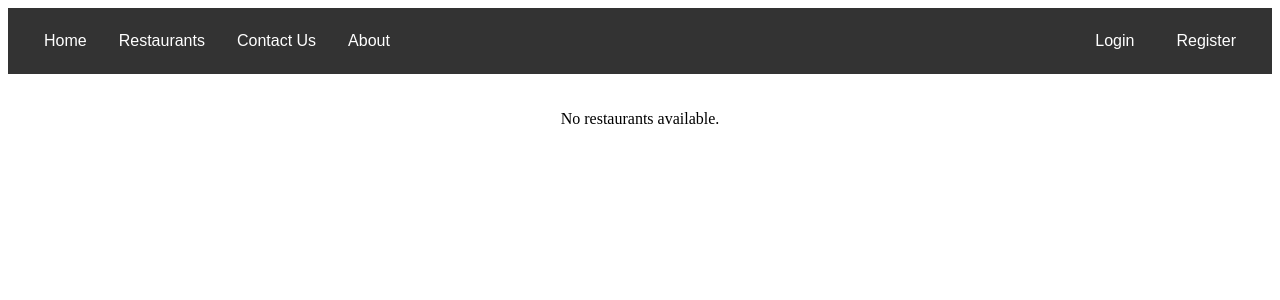
Repository: Sujith-B-S/Food-Application
Page: http://localhost/FoodApplication/home.jsp
These files come from the project's save history. The page is drawn as it stood at one moment and after the next save; the edit follows.
The browser window is 1280 px wide. The pictures show the whole page.
The page is served by Tomcat 9. Other server files are loaded and not shown.

Above is the page before, as saved 2024-11-14 17:18:23.

### FoodApplication/src/main/webapp/home.jsp
<%@ page language="java" contentType="text/html; charset=UTF-8" pageEncoding="UTF-8"%>
<%@ page import="com.sg.restaurantpojo.Restaurant" %>
<%@ page import="java.util.List" %>
<%@ page import = "com.sg.userpojo.User" %>
<!DOCTYPE html>
<html lang="en">
<head>
    <meta charset="UTF-8">
    <title>Home - Food Application</title>
    <style>
        /* Navigation Bar Styling */
        .navbar {
            background-color: #333;
            overflow: hidden;
            padding: 10px 20px;
            color: white;
            font-family: Arial, sans-serif;
        }
        .navbar a {
            float: left;
            display: block;
            color: white;
            text-align: center;
            padding: 14px 16px;
            text-decoration: none;
            font-size: 1em;
        }
        .navbar a:hover {
            background-color: #ddd;
            color: black;
        }
        .navbar .user-info {
            float: right;
            display: flex;
            align-items: center;
        }
        .navbar .user-info p {
            margin: 0 10px;
        }
        .navbar .user-info a {
            margin-left: 10px;
            color: white;
        }
        .navbar .user-info a:hover {
            color: #ddd;
        }

        /* Container for the restaurant cards */
        .container {
            display: flex;
            flex-wrap: wrap;
            gap: 20px;
            justify-content: center;
            margin-top: 20px;
        }
        .card {
            width: 23%;
            border: 1px solid #ccc;
            border-radius: 8px;
            overflow: hidden;
            background-color : #FFC2C2;
            box-shadow: 0 4px 8px rgba(0, 0, 0, 0.2);
            text-align: center;
            margin-bottom: 20px;
        }
        .card img {
            width: 100%;
            height: 150px;
            object-fit: cover;
        }
        .card-content {
            padding: 15px;
        }
        .card-content h3 {
            margin: 10px 0;
            font-size: 1.2em;
        }
        .card-content p {
            margin: 5px 0;
            font-size: 0.9em;
        }
    </style>
</head>
<body>

<div class="navbar">
    <a href="home.jsp">Home</a>
    <a href="restaurants.jsp">Restaurants</a>
    <a href="contact.jsp">Contact Us</a>
    <a href="about.jsp">About</a>
    <div class="user-info">
        <%
            User user = (User) session.getAttribute("loggedInUser");
            if (user != null) {
        %>
            <p>Welcome, <%= user.getUsername() %></p>
            <a href="logout.jsp">Logout</a>
        <%
            } else {
        %>
            <a href="login.jsp">Login</a>
            <a href="register.jsp">Register</a>
        <%
            }
        %>
    </div>
</div>

<div class="container">
    <%
        List<Restaurant> resList = (List<Restaurant>) session.getAttribute("resList");
        if (resList != null) {
            for (Restaurant res : resList) {
    %>
    <div class="card">
        <div class="card-content">
            <img alt="Restaurant" src="<%= res.getImage() %>">
            <h3><%= res.getName() %></h3>
            <p><strong>Cuisine:</strong> <%= res.getCuisineType() %></p>
            <p><strong>Address:</strong> <%= res.getAddress() %></p>
            <p><strong>Ratings:</strong> <%= res.getRatings() %></p>
            <p><strong>Delivery Time:</strong> <%= res.getDeliverTime() %> mins</p>
            <p><strong>Available:</strong> <%= res.getIsActive() ? "Yes" : "No" %></p>
        </div>
    </div>
    <%
            }
        } else {
    %>
    <p>No restaurants available.</p>
    <%
        }
    %>
</div>

</body>
</html>

After the next save:
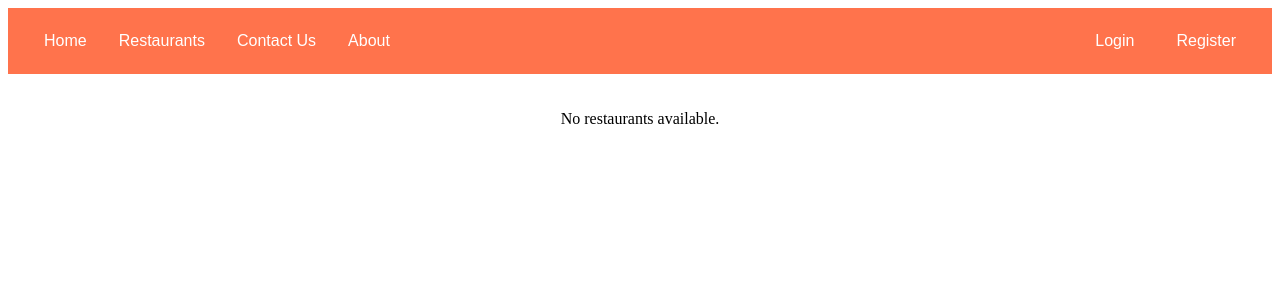
Saved 50 s later.
--- a/FoodApplication/src/main/webapp/home.jsp
+++ b/FoodApplication/src/main/webapp/home.jsp
@@ -10,7 +10,7 @@
     <style>
         /* Navigation Bar Styling */
         .navbar {
-            background-color: #333;
+            background-color: #FF734C;
             overflow: hidden;
             padding: 10px 20px;
             color: white;
